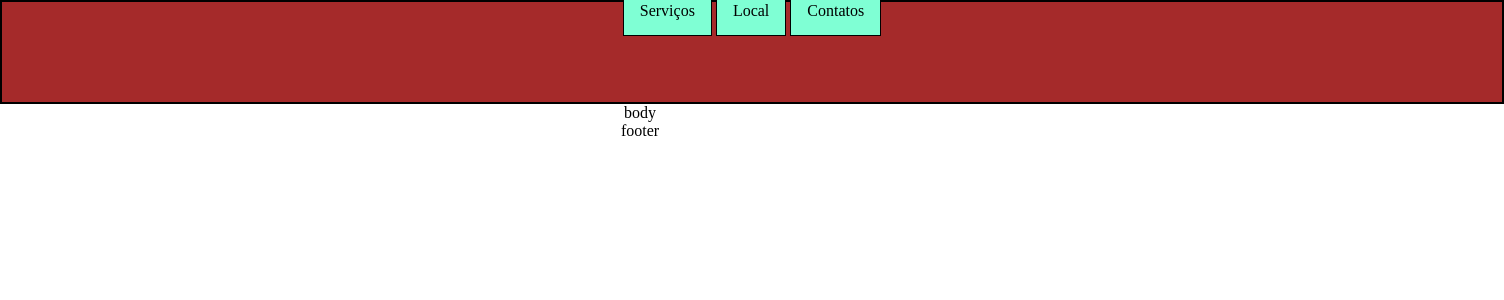
Repository: marllon-hetzler/Site-Salvatore-Barbearia
Page: home.html
These files come from the project's save history. The page is drawn as it stood at one moment and after the next save; the edit follows.
The browser window is 1280 px wide. The page is 1504 px wide, so the pictures cover 1504 px, including what lies to the right of the window. The pictures show the whole page.

Above is the page before, as saved 2023-02-18 14:12:45.

After the next save:
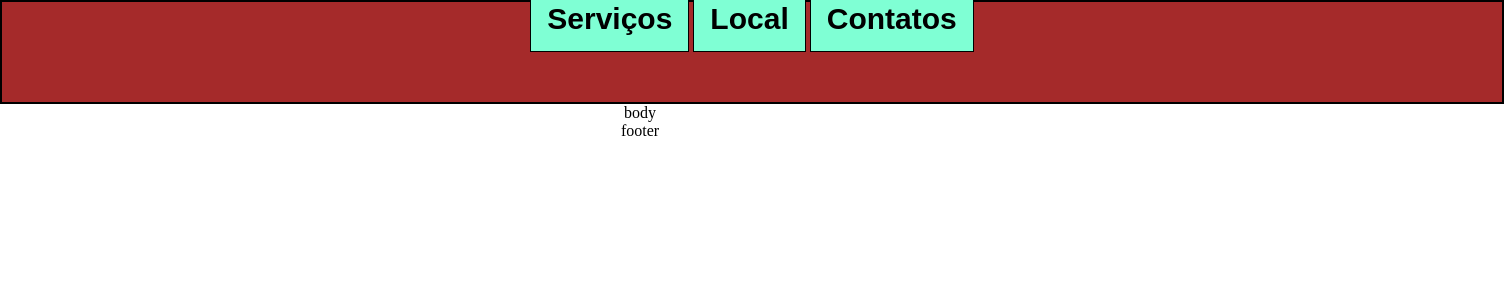
Saved 32 s later.
--- a/home.html
+++ b/home.html
@@ -36,6 +36,9 @@
         text-align: center;
         text-decoration: none;
         color: black;
+        font-family: Arial, Helvetica, sans-serif;
+        font-size: 30px;
+        font-weight: bold;
     }
 </style>
 
